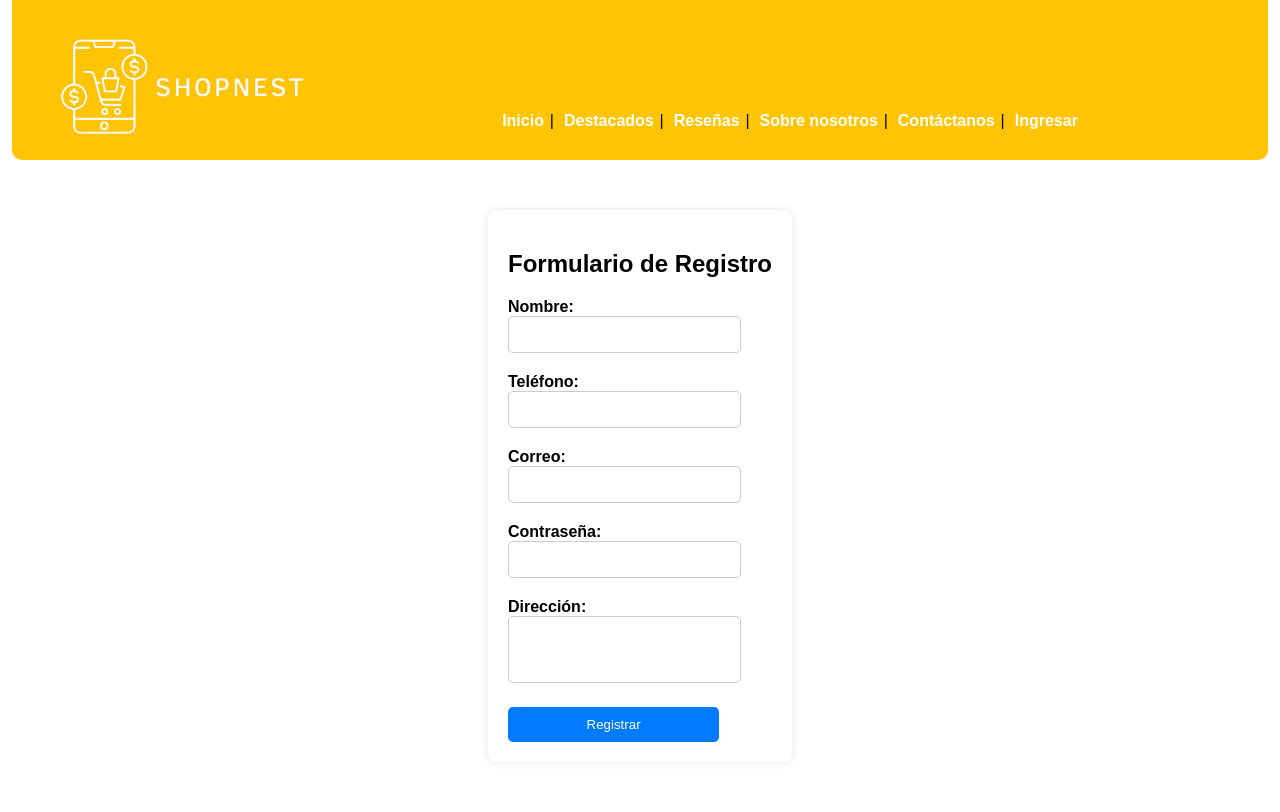
Repository: Regmalek07/ProyectoU
Page: registro.html
The author's editor kept a copy of each file at every save. The page is drawn from the files as they stood at one save, then again after the next save.
The browser window is 1280 px wide. The pictures show the whole page.

Above is the page before, as saved 2024-04-29 22:44:56.
Console error: TypeError: Cannot read properties of null (reading 'addEventListener')

After the next save:
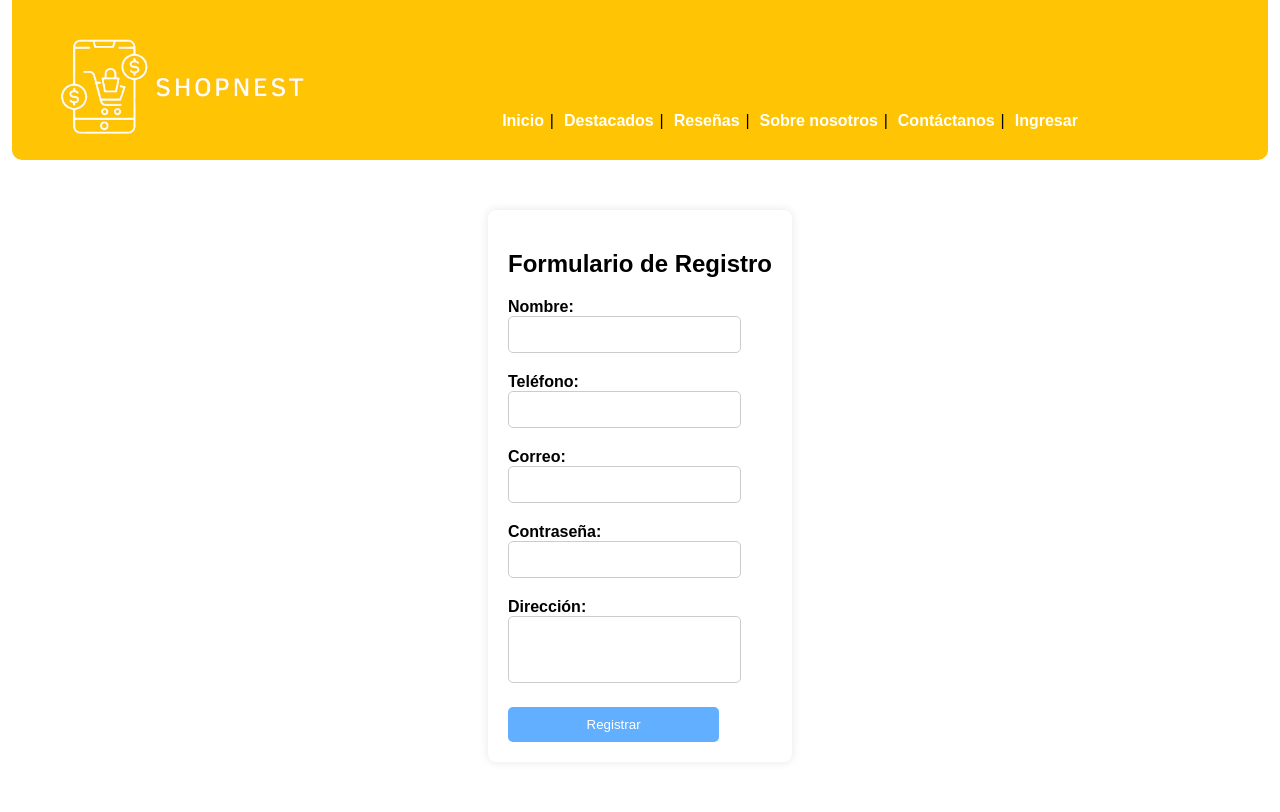
Saved 63 s later.
--- a/styles/styles4.css
+++ b/styles/styles4.css
@@ -20,12 +20,6 @@
 
 footer a, footer p {
   color: #fff;
-}
-
-button {
-  background-color: #62aeff;
-  color: #fff;
-  cursor: pointer;
 }
 
   .container {
@@ -82,7 +76,7 @@
   button[type="submit"] {
     width: 80%;
     padding: 10px;
-    background-color: #007bff;
+    background-color: #62aeff;
     color: #fff;
     border: none;
     border-radius: 5px;
